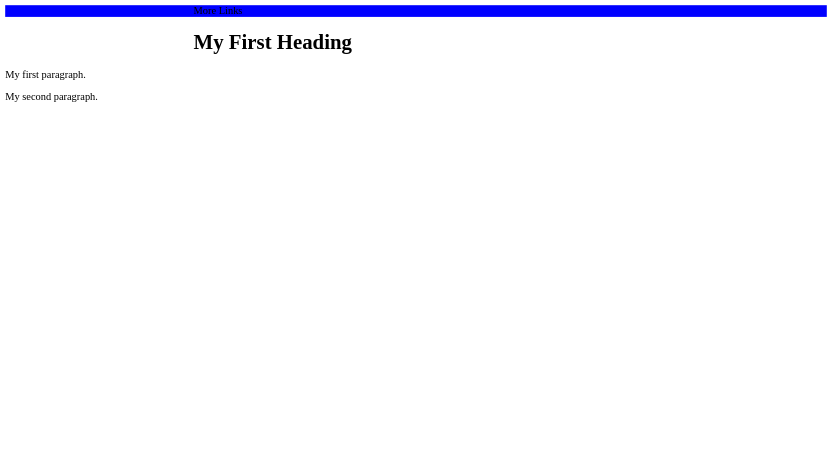
Repository: jason-ward220/jason-ward220.github.io
Page: index.html
The author's editor kept a record of every edit. The page is drawn from the files as they stood at one moment, then again after the next edit.
The browser window is 1280 px wide. The pictures show the whole page, at 65% of full size.

Above is the page before.

### index.html
<!DOCTYPE html>
<html>

    <head>
        <title>My First Webpage</title>

        <style>
            .navbar
            {
                background-color:Blue;
                width: 100%;
                opacity:1;
            }
            .navbar a, moreLinks
            {
                color:white;
                font-size:24px;
                text-decoration:none;
                padding:16px;
                float: left;
            }
            .navbar a:hover
            {
                background-color:darkBlue;
                opacity:0.5;
            }
            .dropdown-content
            {
                display:none;
            }
            .moreLinks:hover .dropdown-content
            {
                display:block;
            }
            .dropdown-content
            {
                position:absolute;
            }
        </style>
    </head>

    <body>

        <div class="navbar">
            <a href="https://yahoo.com">Yahoo</a>
            <a href="https://google.com">Google</a>
            <a href="https://yahoo.com">Yahoo</a>
            <div class="dropdown">
                <div class="moreLinks">More Links</div>
                <div class="dropdown-content">
                    <a href="https://www.awseducate.com">AWS Educate</a>
                    <a href="https://www.collegeboard.org">CollegeBoard</a>
                </div>
            </div>
        </div>

        <h1>My First Heading</h1>
        <p>My first paragraph.</p>
        <p>My second paragraph.</p>
    </body>

</html>

After the next edit:
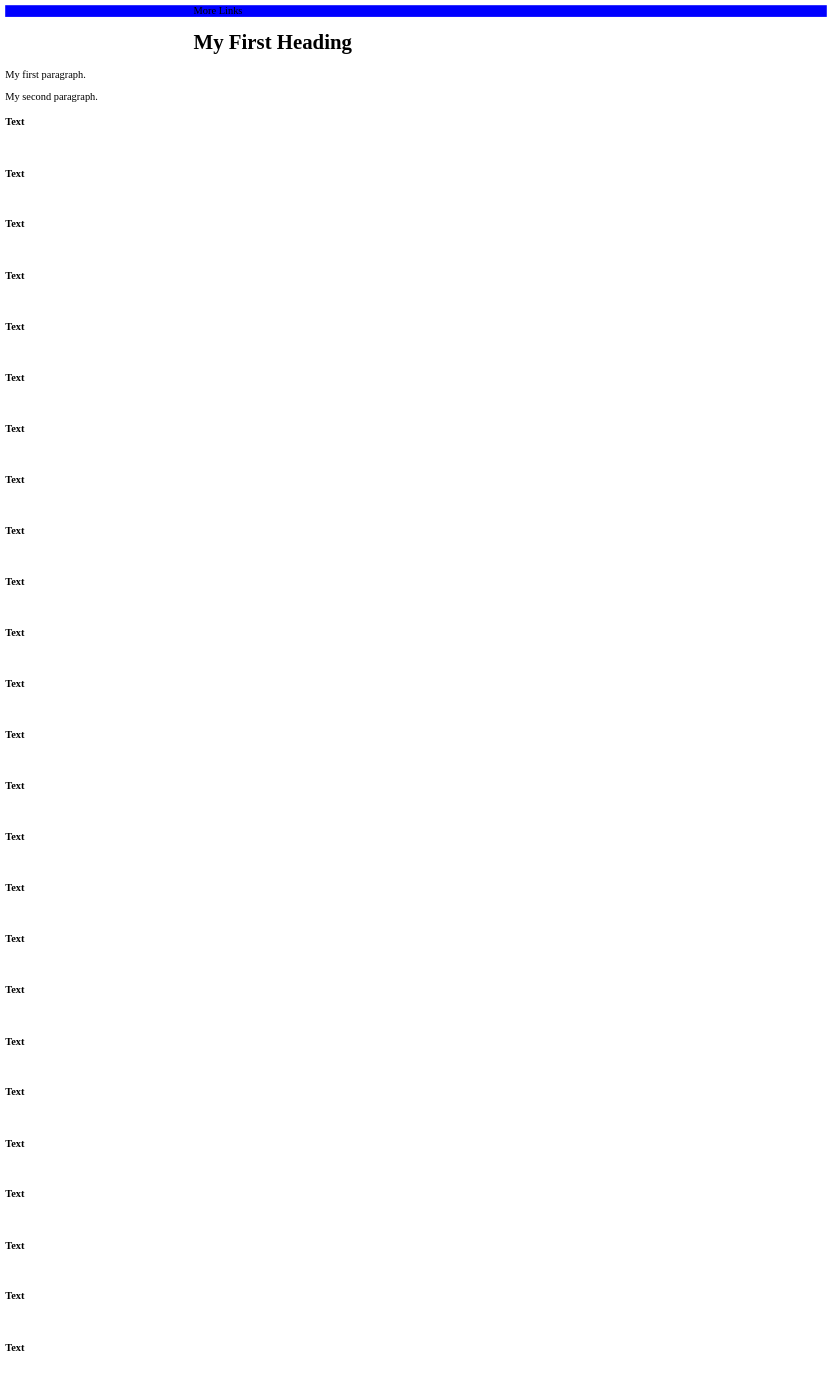
The edit:
--- a/index.html
+++ b/index.html
@@ -57,6 +57,34 @@
         <h1>My First Heading</h1>
         <p>My first paragraph.</p>
         <p>My second paragraph.</p>
+
+        <h4>Text</h4><br>
+
+        <h4>Text</h4><br>
+
+        <h4>Text</h4><br>
+        <h4>Text</h4><br>
+        <h4>Text</h4><br>
+        <h4>Text</h4><br>
+        <h4>Text</h4><br>
+        <h4>Text</h4><br>
+        <h4>Text</h4><br>
+        <h4>Text</h4><br>
+        <h4>Text</h4><br>
+        <h4>Text</h4><br>
+        <h4>Text</h4><br>
+        <h4>Text</h4><br>
+        <h4>Text</h4><br>
+        <h4>Text</h4><br>
+        <h4>Text</h4><br>
+        <h4>Text</h4><br>
+        <h4>Text</h4><br>
+        <h4>Text</h4><br>
+        <h4>Text</h4><br>
+        <h4>Text</h4><br>
+        <h4>Text</h4><br>
+        <h4>Text</h4><br>
+        <h4>Text</h4><br>
     </body>
 
 </html>

After the edit that followed:
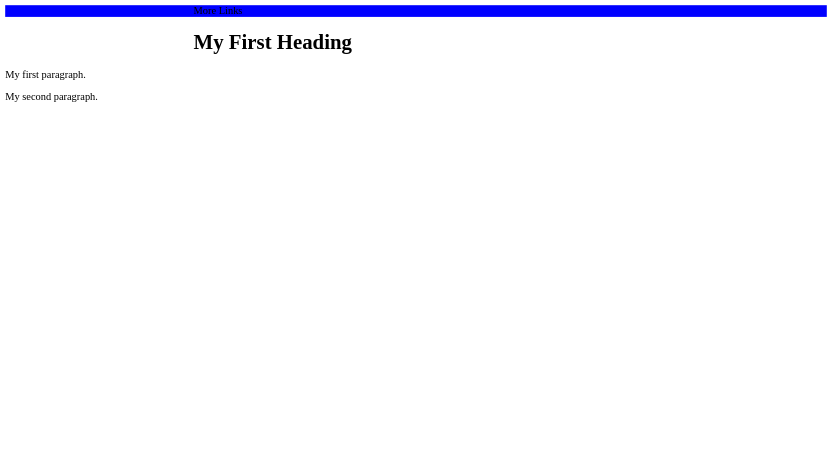
The edit:
--- a/index.html
+++ b/index.html
@@ -58,10 +58,8 @@
         <p>My first paragraph.</p>
         <p>My second paragraph.</p>
 
+        <!--<h4>Text</h4><br>
         <h4>Text</h4><br>
-
-        <h4>Text</h4><br>
-
         <h4>Text</h4><br>
         <h4>Text</h4><br>
         <h4>Text</h4><br>
